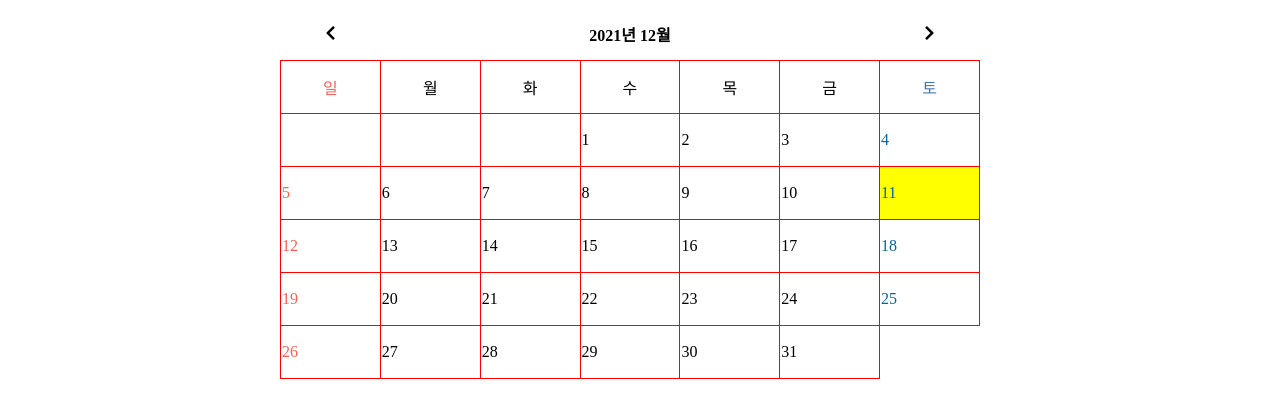
Repository: shin-sj/Checkkeu
Page: http://localhost/test2/WEB-INF/user/calendar.jsp
An editor plug-in stored every save of this project. The page is shown before and after the next save, followed by the edit.
The browser window is 1280 px wide. The pictures show the whole page.
Some web libraries are served in a nearby version. The page is served by Tomcat 9. Nobody is signed in. Other server files are loaded and not shown. The template is opened directly, without the code that normally fills it, so the values that code supplies are empty.

Above is the page before, as saved 2021-12-15 16:36:56.

### test2/src/main/webapp/WEB-INF/user/calendar.jsp
<%@ page language="java" contentType="text/html; charset=UTF-8"
	pageEncoding="UTF-8"%>
<%@ taglib prefix="c" uri="http://java.sun.com/jsp/jstl/core" %>
<!DOCTYPE html>
<html>
<head>
<meta charset="UTF-8">
<title>calendar</title>

<!-- 아이콘 -->
<link rel="stylesheet"
	href="https://use.fontawesome.com/releases/v5.6.1/css/all.css">

<style>

		.container {
		//	width: 385px;
		//	line-height: 50px;
		//	margin: 50px auto;
		//	margin-bottom: -100px;

			display: flex;
		}

		h5 {
			text-align: center;
		}

		h5 span {
			color: teal;
		}

	#calendar {
		width: 700px;
		border: none;
		border-collapse : collapse;

		margin-right: 20px;

	}
	td{
		width: 100px;
		height: 50px;
		border: solid 0.5px red;
		border-collapse : collapse;
	}
	th {
		border: none;
		height: 50px;
	}

	.contents {
		margin-bottom: 100px;
		display: flex;
  		justify-content: center;

	}


</style>

<script>

	var policyDate = "";
	var today = new Date(); //오늘 날짜
    var date = new Date();//today의 Date를 세어주는 역할
    function prevCalendar() {//이전 달
    	policyDate = "";
     today = new Date(today.getFullYear(), today.getMonth() - 1, today.getDate());
     buildCalendar(); //달력 cell 만들어 출력
    }
    function nextCalendar() {//다음 달
    	policyDate = "";
         today = new Date(today.getFullYear(), today.getMonth() + 1, today.getDate());
         buildCalendar();//달력 cell 만들어 출력
    }
    function buildCalendar(){//현재 달 달력 만들기
    	policyDate="";
        var doMonth = new Date(today.getFullYear(),today.getMonth(),1);
        //이번 달의 첫째 날

        var lastDate = new Date(today.getFullYear(),today.getMonth()+1,0);
        //이번 달의 마지막 날

        var tbCalendar = document.getElementById("calendar");
        //날짜를 찍을 테이블 변수 만듬, 일 까지 다 찍힘

        var tbCalendarYM = document.getElementById("tbCalendarYM");
        //테이블에 정확한 날짜 찍는 변수

         tbCalendarYM.innerHTML = today.getFullYear() + "년 " + (today.getMonth() + 1) + "월 ";
         policyDate += today.getFullYear() + "/";
         policyDate += today.getMonth() + 1 + "/";
         /*while은 이번달이 끝나면 다음달로 넘겨주는 역할*/
        while (tbCalendar.rows.length > 2) {
        //열을 지워줌
              tbCalendar.deleteRow(tbCalendar.rows.length-1);
         }
         var row = null;
         row = tbCalendar.insertRow();
         //테이블에 새로운 열 삽입
         var cnt = 0;// count, 셀의 갯수를 세어주는 역할
        // 1일이 시작되는 칸을 맞추어 줌
         for (i=0; i<doMonth.getDay(); i++) {
         /*이번달의 day만큼 돌림*/
              cell = row.insertCell();
              cnt = cnt + 1;
         }
        /*달력 출력*/
        var policyDate2 = "";
		for (i = 1; i <= lastDate.getDate(); i++) {
			policyDate2 = policyDate; // yyyy/mm/ 까지만
			if(i < 10)
				policyDate2 += "0" + i;
			else
				policyDate2 += i; //yyyy/mm/ + i -> yyyy/mm/dd

         	//1일부터 마지막 일까지 돌림
            cell = row.insertCell();
   			//foreach문 안에서는 break, continue 사용불가능

           <c:forEach var="scrap" items="${scrapDateList}">
				if(policyDate2 == "${scrap.endDate}"){
					var str = i + "<br>" + "<p style='color: #f29886; font-size: 5px;'>${scrap.name}지원 마감</p>"

					cell.innerHTML = str;
					cnt++;

					if (cnt % 7 == 0){/*토요일 */
						cell.innerHTML = "<font color=#0067a3>" + i + " ✔";
			            row = calendar.insertRow();
			          }
					if (cnt % 7 == 1){/*일요일 */
						cell.innerHTML = "<font color=#FD5E53>" + i + " ✔";
			          }

					 /*오늘 날짜*/
			          if (today.getFullYear() == date.getFullYear()
			             && today.getMonth() == date.getMonth()
			             && i == date.getDate()) {
			            cell.bgColor = "#D2D2FF";
			           }
					 continue;
					}
				if(policyDate2 == "${scrap.startDate}"){


					var str = i + "<br>" + "<p style='color: #0096c6; font-size: 5px;'>${scrap.name}지원 시작</p>"

					cell.innerHTML = str;
					cnt++;

					if (cnt % 7 == 0){/*토요일 */
						cell.innerHTML = "<font color=#0067a3>" + i + " ✔";
			            row = calendar.insertRow();
			          }
					if (cnt % 7 == 1){/*일요일 */
						cell.innerHTML = "<font color=#FD5E53>" + i + " ✔";
			          }

					 /*오늘 날짜*/
			          if (today.getFullYear() == date.getFullYear()
			             && today.getMonth() == date.getMonth()
			             && i == date.getDate()) {
			            cell.bgColor = "#ffff00";
			           }
					 continue;
					}

				else{
	            	cell.innerHTML = i;
				}

            </c:forEach>

            cell.innerHTML = i;
            cnt++;

            if (cnt % 7 == 1) {/*일요일 계산*/
		            cell.innerHTML = "<font color=#FD5E53>" + i;
	        }

	          if (cnt % 7 == 0){/*토요일 */
					cell.innerHTML = "<font color=#0067a3>" + i;
	               row = calendar.insertRow();
	          }

	          /*오늘 날짜*/
	          if (today.getFullYear() == date.getFullYear()
	             && today.getMonth() == date.getMonth()
	             && i == date.getDate()) {
	            cell.bgColor = "#ffff00";

	           }

         }
    }
</script>

</head>
<body>

		<div class="contents">

			<div class="contents-split">
				<table id="calendar">
					<tr>
						<!-- label은 마우스로 클릭을 편하게 해줌 -->
						<th><label onclick="prevCalendar()"><i
								class="fas fa-chevron-left"></i></label></th>
						<th align="center" id="tbCalendarYM" colspan="5">yyyy년 m월</th>
						<th><label onclick="nextCalendar()"><i
								class="fas fa-chevron-right"></i></label></th>
					</tr>
					<tr>
						<td align="center"><font color="#FD5E53">일</font></td>
						<td align="center">월</td>
						<td align="center">화</td>
						<td align="center">수</td>
						<td align="center">목</td>
						<td align="center">금</td>
						<td align="center"><font color="#3F72AF">토</font></td>
					</tr>
				</table>
				<script>
		    buildCalendar();
			</script>
			</div>

	</div>
</body>


</html>

After the next save:
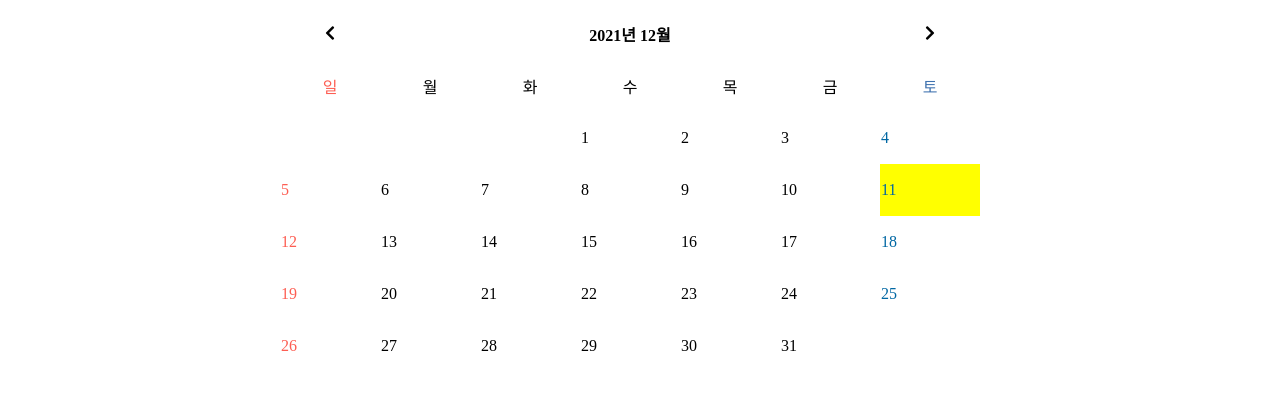
Saved 6 s later.
--- a/test2/src/main/webapp/WEB-INF/user/calendar.jsp
+++ b/test2/src/main/webapp/WEB-INF/user/calendar.jsp
@@ -41,7 +41,7 @@
 	td{
 		width: 100px;
 		height: 50px;
-		border: solid 0.5px red;
+		border: solid 0.5px grarey;
 		border-collapse : collapse;
 	}
 	th {
